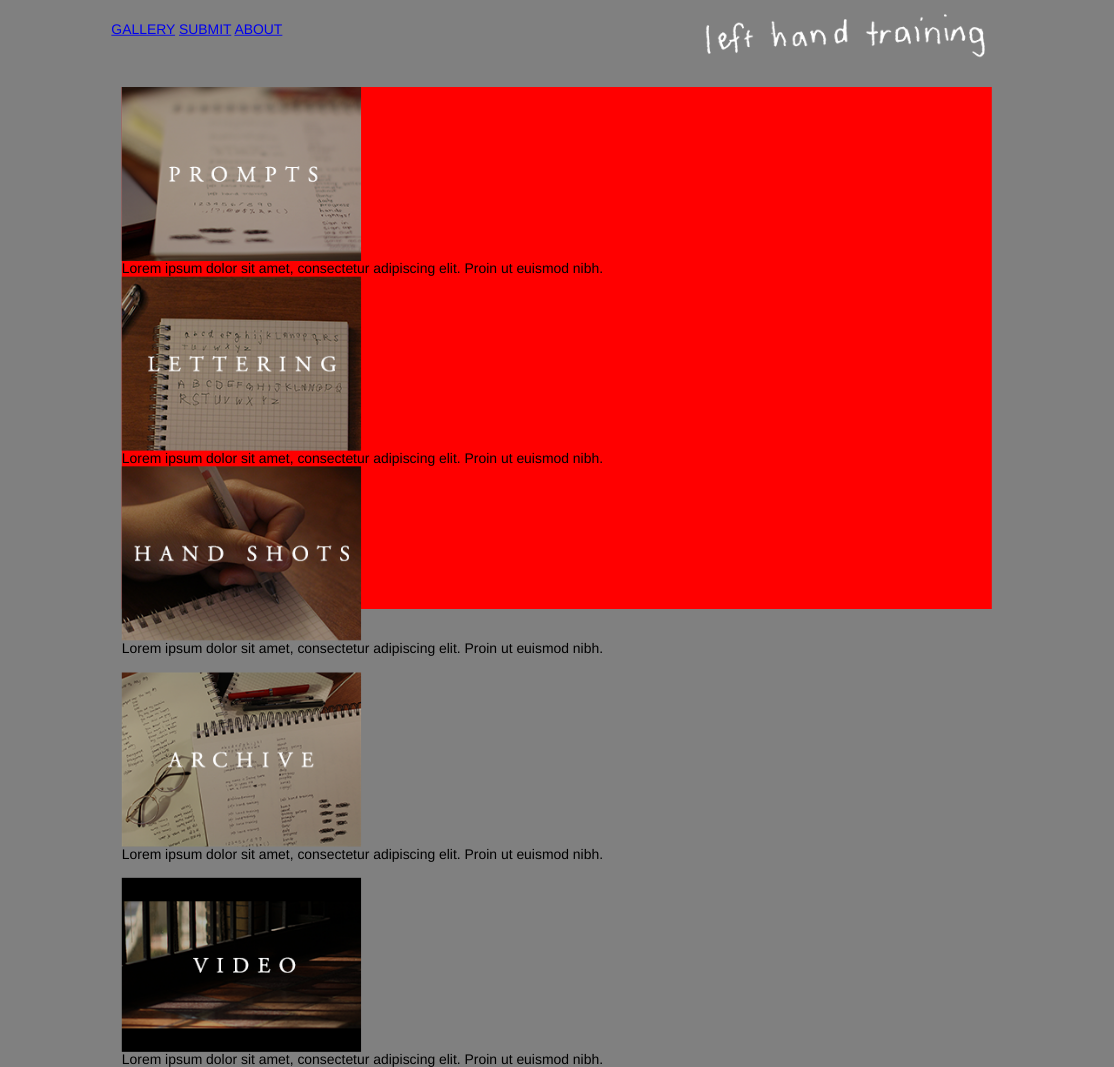
Repository: simonekurtz/simonekurtz.github.io
Page: 3ASGN_Catalog/gallery.html
The author's editor kept a record of every edit. The page is drawn from the files as they stood at one moment, then again after the next edit.
The browser window is 1280 px wide. The pictures show the whole page, at 87% of full size.
Some web libraries are served in a nearby version.

Above is the page before.

### 3ASGN_Catalog/gallery.html
<html>
    <head>
       <title>Left Hand Training</title>
         <link rel="stylesheet" href="gallery.css">

    </head>
    <body>
    <div class="splash-header">
        </div>

        <div class="header-image"><a href="index.html"><img src="images/menu/title_small.png"></a>
        </div>

        <div class="menu">
        <a href="gallery.html">GALLERY</a>
        <a href="submit.html">SUBMIT</a>
        <a href="about.html">ABOUT</a>
        </div>

<!--        <div class="menu">
            <a href="gallery.html"><img src="images/menu/gallery.png" class="gallerylink"></a>
            <a href="submit.html"><img src="images/menu/submit.png" class="submitlink"></a>
            <a href="about.html"><img src="images/menu/about.png" class="aboutlink"></a>

-->

        <div class="splash image">
            <a href="images/images/IMG_3008.jpg"></a>
        </div>

        <div class="content">
            <div class="GalleryBinder">

                <div class="GalleryBinderSub1">

                <div class="Gallery1">
                    <div class="galleryContainer1">
                        <div class="galleryImage1"><a href="prompts.html"><img src="images/images/PromptsCover.png"></a>
                        </div>
                        <div class="galleryText">
                        Lorem ipsum dolor sit amet, consectetur adipiscing elit. Proin ut euismod nibh.
                        </div>
                    </div>
                </div>
                <div class="Gallery2">
                    <div class="galleryContainer2">
                        <div class="galleryImage2"><a href="lettering.html"><img src="images/images/LetteringCover.png"></a>
                        </div>
                        <div class="galleryText">
                        Lorem ipsum dolor sit amet, consectetur adipiscing elit. Proin ut euismod nibh.
                        </div>
                    </div>
                </div>
                <div class="Gallery3">
                    <div class="galleryContainer3">
                        <div class="galleryImage3"><a href="handshots.html"><img src="images/images/HandCover.png"></a>

                        </div>
                        <div class="galleryText">
                        Lorem ipsum dolor sit amet, consectetur adipiscing elit. Proin ut euismod nibh.
                        </div>
                    </div>
                </div>
                </div>
                <div class="GalleryBinderSub1">
                <div class="Gallery4">
                    <h3><a href="archive.html"></a></h3>
                    <div class="galleryContainer4">
                        <div class="galleryImage4">
                            <a href="archive.html"><img src="images/images/ArchiveCover.png"></a>
                        </div>
                        <div class="galleryText">
                        Lorem ipsum dolor sit amet, consectetur adipiscing elit. Proin ut euismod nibh.
                        </div>
                    </div>
                </div>
                <div class="Gallery5">
                    <h3><a href="video.html"></a></h3>
                    <div class="galleryContainer5">
                        <div class="galleryImage5"><img src="images/images/VideoCover.png">
                        </div>
                        <div class="galleryText">
                        Lorem ipsum dolor sit amet, consectetur adipiscing elit. Proin ut euismod nibh.
                        </div>
                    </div>
                </div>
                </div>
            </div>
            <div class="longwrapper">
                <div class="wrappercontent">

                </div>
            </div>
        </div>



        <script type="text/javascript" src="//code.jquery.com/jquery-1.11.2.min.js"></script>
        <script type="text/javascript" src="script.js"></script>
    </body>
</html>

### 3ASGN_Catalog/gallery.css
body {
    margin: 0px;
    cursor: url("images/icons/left-arrow-resize.png"), auto;
    font-family: helvetica, arial, sans-serif;
    background-color: gray;
}

a:hover{
    cursor:url("images/icons/left-pointer-resize.png"), auto;
}

.menu {
    position: absolute;
    width: 350px;
    left: 10%;
    top: 25px;
}

.header-image {
    position: absolute;
    top:10px;
    right: 10%;
}

.gallerylink {
    position: relative;
    padding: 1%;
}

.submitlink {
    position: relative;
    padding: 1%;
    top: -7px;
}

.aboutlink {
    position: relative;
    padding: 1%;
    top: -11px;
}

.content {
    background-color: red;
    width: 1000px;
    height: 600px;
    margin: 0 auto;
    margin-top: 100px;
}

### 3ASGN_Catalog/script.js
// var delay=1000 //set delay in miliseconds
// var curindex=0


	var randomimages = ["IMG_2998.JPG", "IMG_3003.jpg", "IMG_3008.jpg", "IMG_3018.jpg", "IMG_3043.jpg"];


function randselect() {
    var slideshow = "url(images/images/" + randomimages[Math.floor(Math.random()*randomimages.length)] + ")";

$("body").css("background-image",slideshow);

}

setInterval("randselect()",7000);

setTimeout("randselect()",1000);




// var preload=new Array()

// for (n=0;n<randomimages.length;n++)
// {
// 	preload[n]=new Image()
// 	preload[n].src=randomimages[n]
// }

// document.write('<img name="defaultimage" src="images/'+randomimages[Math.floor(Math.random()*(randomimages.length))]+'">')

// function rotateimage()
// {

// if (curindex==(tempindex=Math.floor(Math.random()*(randomimages.length)))){
// curindex=curindex==0? 1 : curindex-1
// }
// else
// curindex=tempindex

// 	document.images.defaultimage.src=randomimages[curindex]
// }

// setInterval("rotateimage()",delay)

After the next edit:
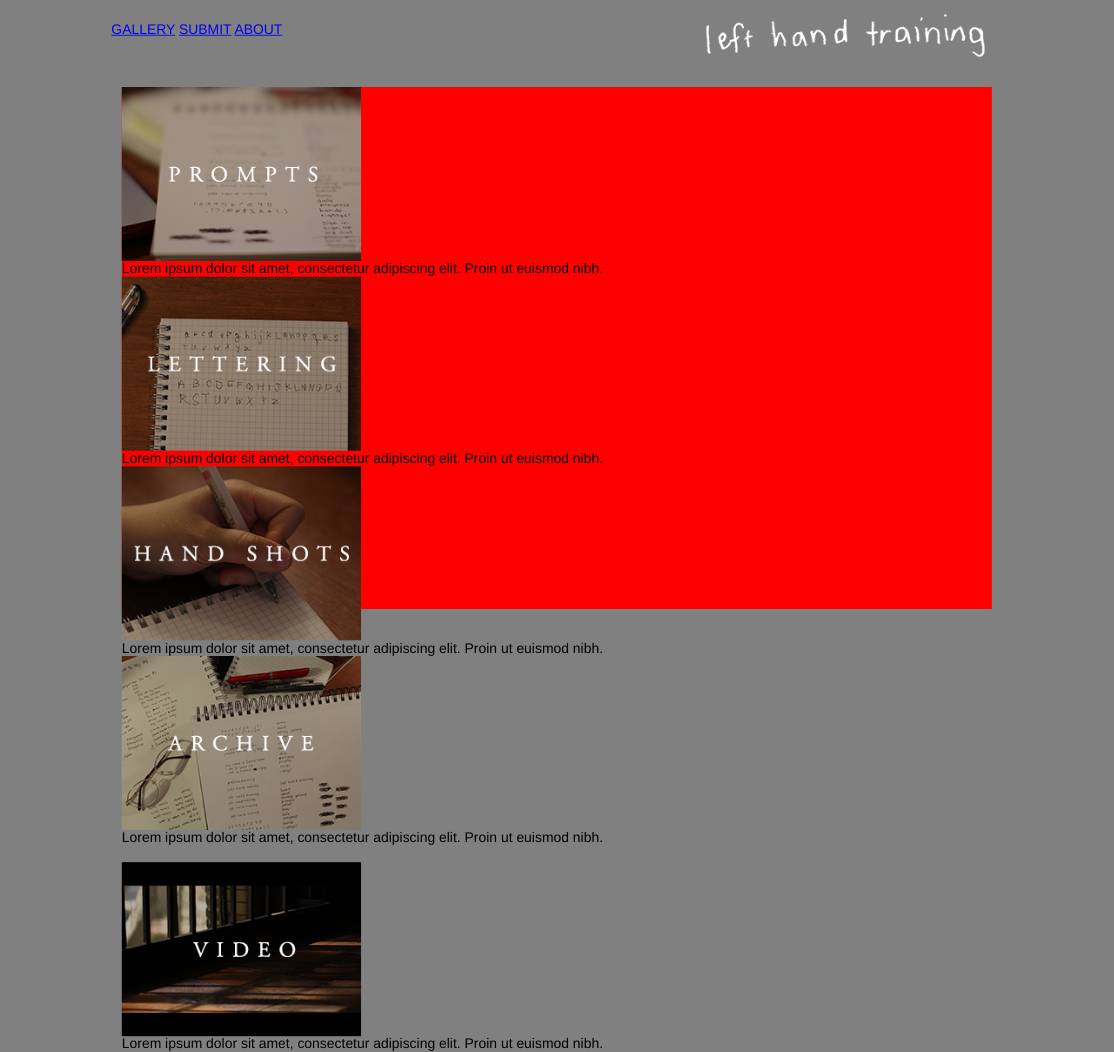
The edit:
--- a/3ASGN_Catalog/gallery.html
+++ b/3ASGN_Catalog/gallery.html
@@ -64,7 +64,6 @@
                 </div>
                 <div class="GalleryBinderSub1">
                 <div class="Gallery4">
-                    <h3><a href="archive.html"></a></h3>
                     <div class="galleryContainer4">
                         <div class="galleryImage4">
                             <a href="archive.html"><img src="images/images/ArchiveCover.png"></a>
